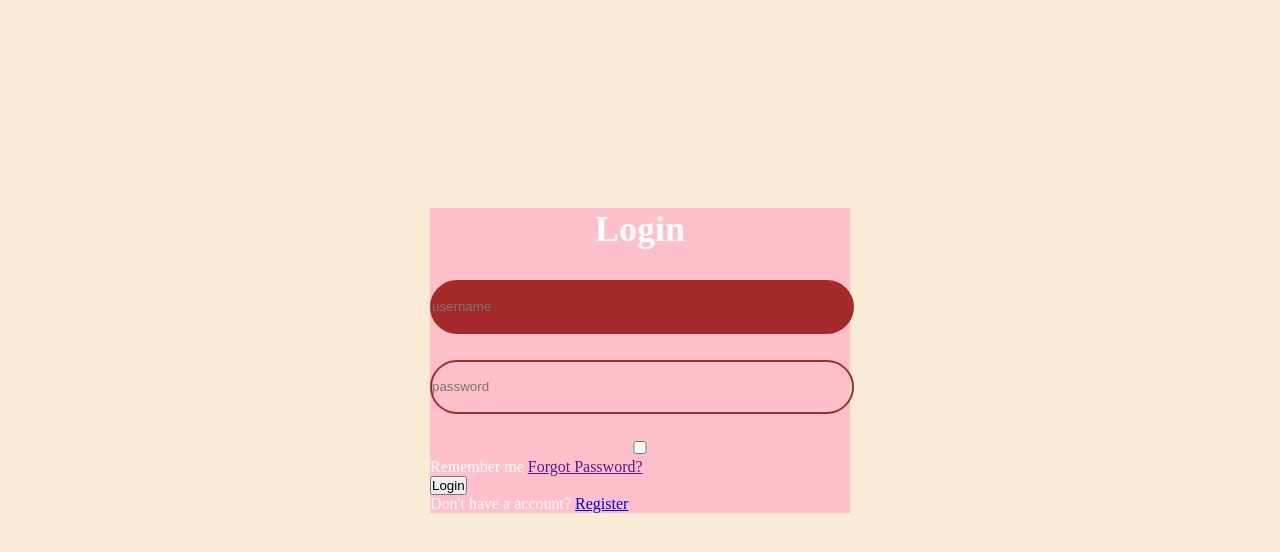
Repository: Kubraaygun/Html_Css_Login
Page: index.html
The author's editor kept a copy of each file at every save. The page is drawn from the files as they stood at one save, then again after the next save.
The browser window is 1280 px wide. The pictures show the whole page.
The pointer rests on the first visible `input`.

Above is the page before, as saved 2025-03-05 19:05:00.

### index.html
<!DOCTYPE html>
<html lang="en">
  <head>
    <meta charset="UTF-8" />
    <meta name="viewport" content="width=device-width, initial-scale=1.0" />
    <title>HTML</title>
    <link rel="stylesheet" href="style.css" />
    <link
      rel="stylesheet"
      href="https://fonts.googleapis.com/icon?family=Material+Icons"
    />
  </head>

  <body>
    <div class="container">
      <form action="">
        <!-- Baslik -->
        <h1 class="login">Login</h1>

        <!-- input alanimiz -->

        <!-- surname -->
        <div class="input-box">
          <input type="text" required placeholder="username" />
        </div>

        <!-- Password -->
        <div class="input-box">
          <input type="password" required placeholder="password" />
        </div>

        <!-- Remember me Alani -->
        <div class="remember-me">
          <label>
            <input type="checkbox" />
            Remember me
          </label>
          <a href="">Forgot Password?</a>
        </div>

        <!-- Button -->
        <button type="submit" class="button">Login</button>

        <!-- Register Link -->
        <div class="register-link">
          <p>Don't have a account? <a href="#"> Register</a></p>
        </div>
      </form>
    </div>
  </body>
</html>

### style.css
* {
  margin: 0;
  padding: 0;
}

body {
  display: flex;
  justify-content: center;
  align-items: center;
  min-height: 100vh; /* vh: Tarayici penceresinin yuksekligine gore yuzde olarak boyut belirler. 1vh pencere yuksekliginin %1ine esittir */
  background-color: antiquewhite;
}

.container {
  width: 420px;
  background-color: pink;
  color: white;
}

.login {
  font-size: 36px;
  text-align: center;
}
.input-box {
  width: 100%;
  height: 50px;
  margin: 30px 0;
}

input {
  width: 100%;
  height: 100%;
  background-color: transparent;
  border: none;
  outline: none;
  border: 2px solid brown;
  border-radius: 40px;
}
input:hover {
  background-color: brown;
}

After the next save:
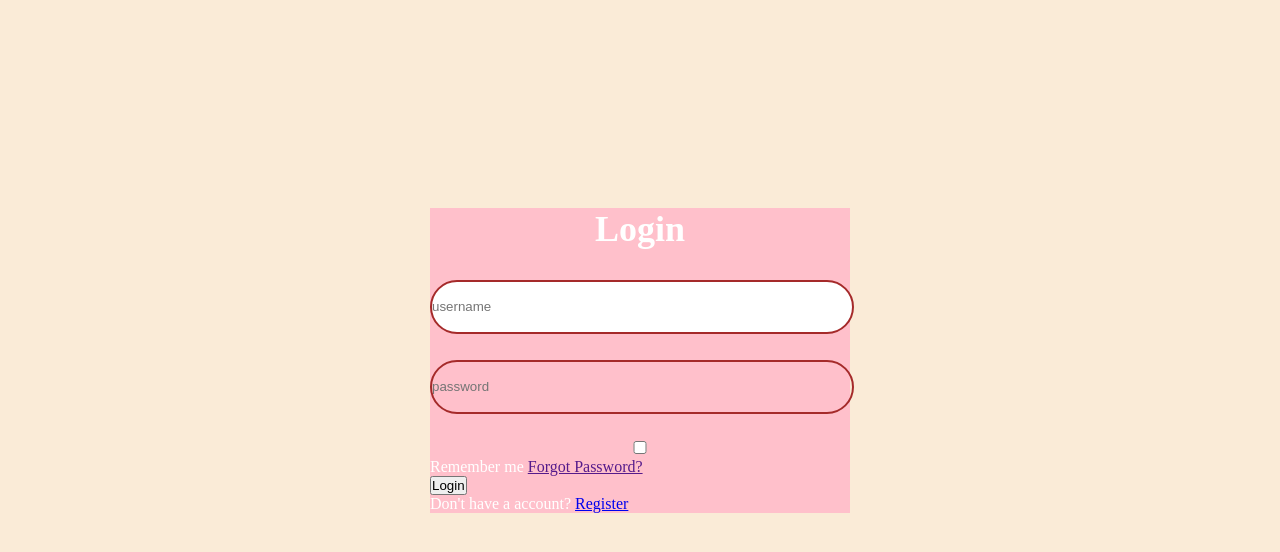
Saved 5 s later.
--- a/style.css
+++ b/style.css
@@ -37,5 +37,5 @@ input {
   border-radius: 40px;
 }
 input:hover {
-  background-color: brown;
+  background-color: white;
 }
